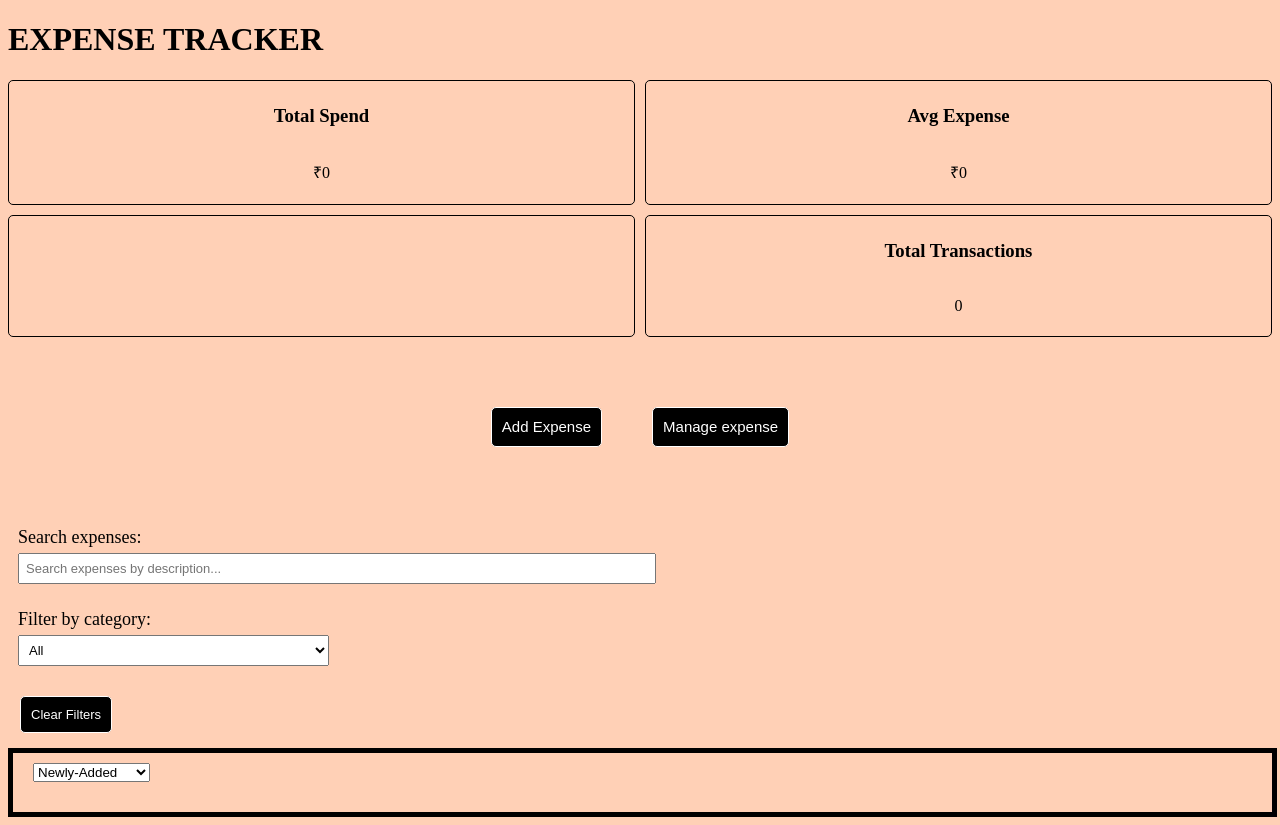
Repository: Gaurav124937/Expense-Tracker
Page: index.html
The author's editor kept a copy of each file at every save. The page is drawn from the files as they stood at one save, then again after the next save.
The browser window is 1280 px wide. The pictures show the whole page.

Above is the page before, as saved 2026-09-21 20:48:03.

After the next save:
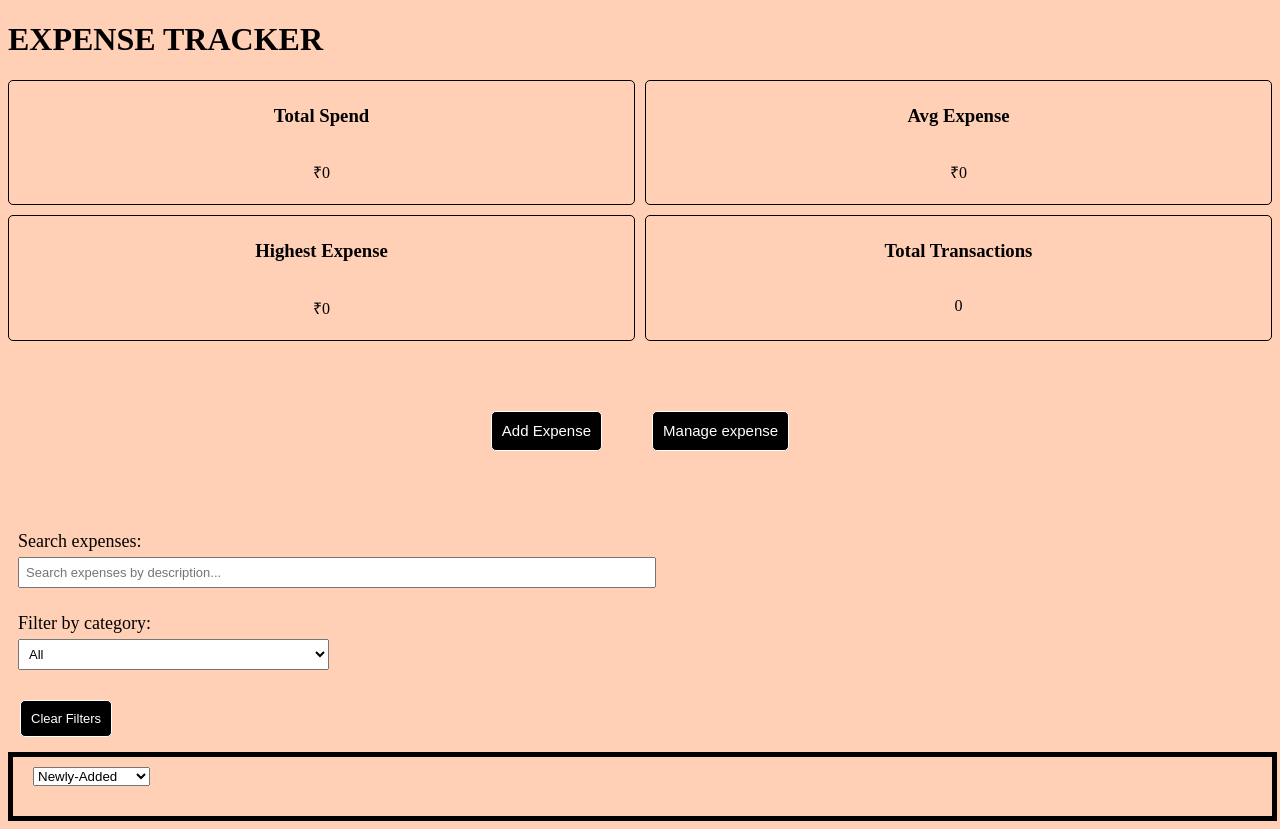
Saved 8 s later.
--- a/index.html
+++ b/index.html
@@ -22,9 +22,15 @@
         <p>₹0</p>
       </section>
 
-      <section class="section"></section>
+      <section class="section">
+        <h3>Highest Expense</h3>
+        <p>₹0</p>
+      </section>
 
-      <section class="section transaction-count"></section>
+      <section class="section transaction-count">
+        <h3>Total Transactions</h3>
+        <p>0</p>
+      </section>
     </div>
 
     <div class="buttons-grid">
